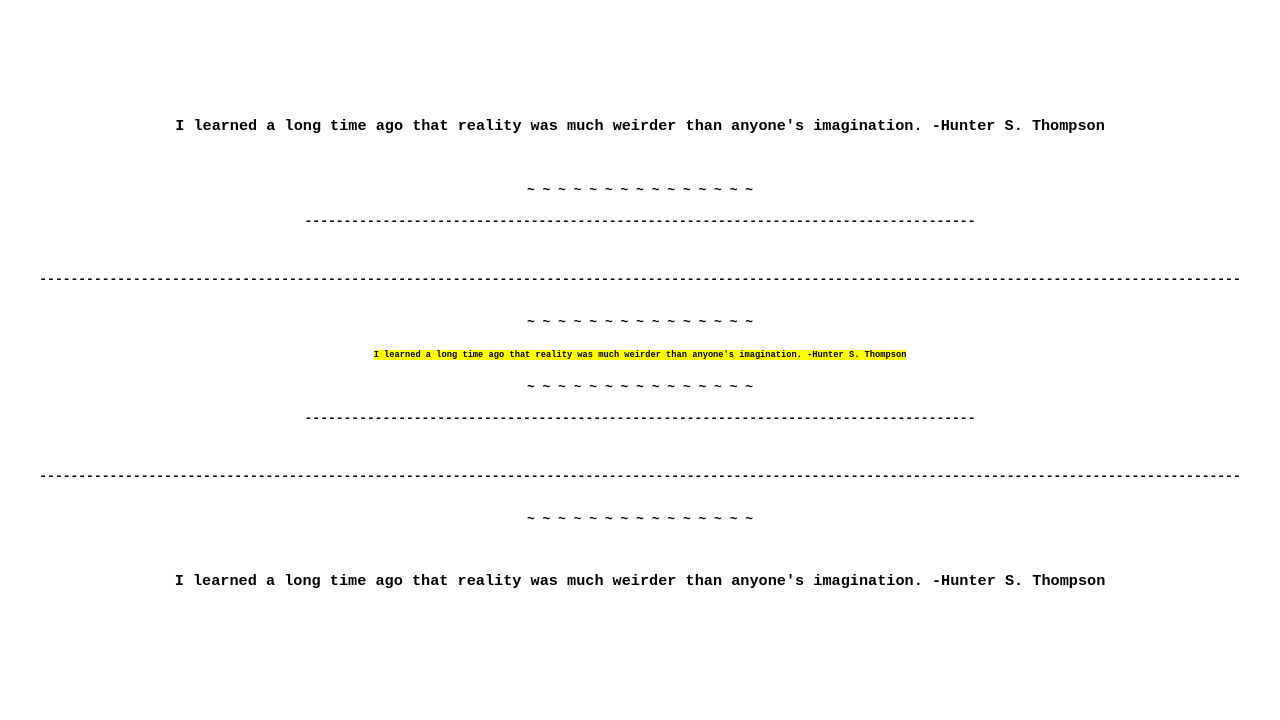
Repository: penas326/penas326.github.io
Page: composition/index.html
The author's editor kept a record of every edit. The page is drawn from the files as they stood at one moment, then again after the next edit.
The browser window is 1280 px wide. The pictures show the whole page.

Above is the page before.

After the next edit:
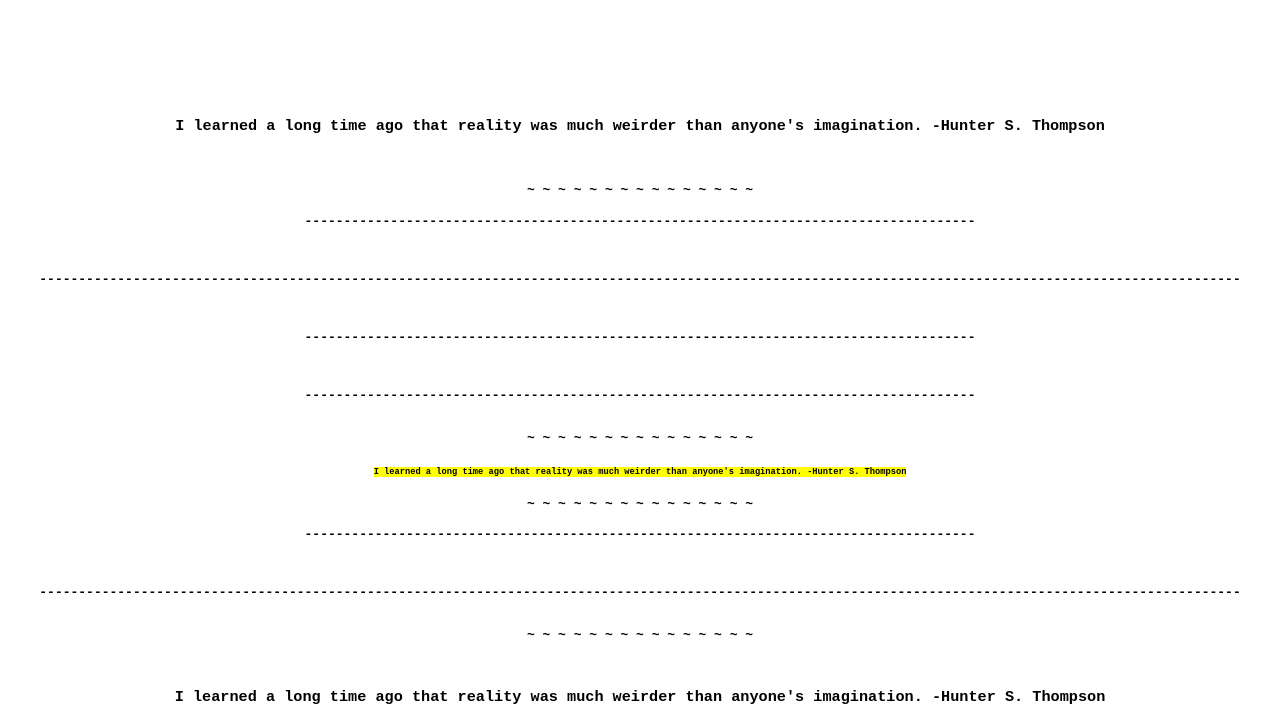
The edit:
--- a/composition/index.html
+++ b/composition/index.html
@@ -19,6 +19,10 @@
         <br>
         <h3 align="center"></h3><code>----------------------------------------------------------------------------------------------------------------------------------------------------------</p>
         <br>
+         <h3 align="center"></h3><code>--------------------------------------------------------------------------------------</p>
+         <br>
+        <h3 align="center"></h3><code>--------------------------------------------------------------------------------------</p>
+        <br>
         <strong>~ ~ ~ ~ ~ ~ ~ ~ ~ ~ ~ ~ ~ ~ ~</strong>
         </center>
          </head>
